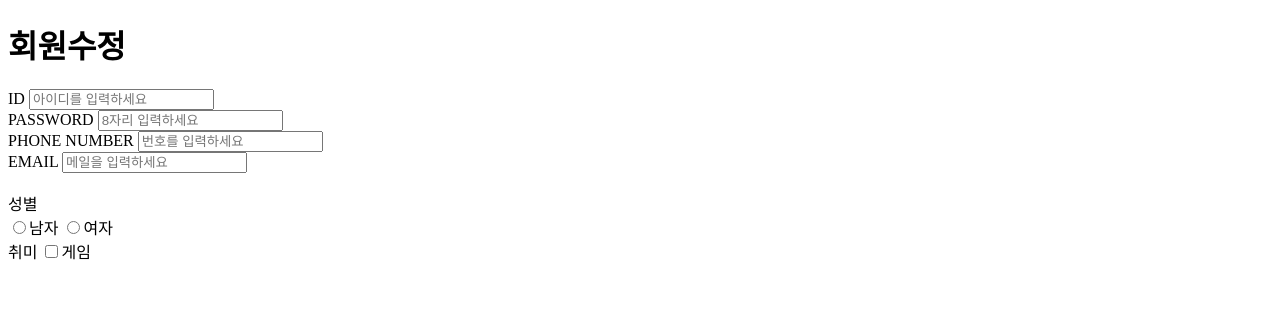
Repository: jaehyeon0418/workspace123
Page: w1026/src/main/webapp/w1026_02.html
An editor plug-in stored every save of this project. The page is shown before and after the next save, followed by the edit.
The browser window is 1280 px wide. The pictures show the whole page.

Above is the page before, as saved 2022-10-26 01:38:39.

### w1026/src/main/webapp/w1026_02.html
<!DOCTYPE html>
<html>
<head>
<meta charset="UTF-8">
<title>Insert title here</title>
</head>
<body>

<h1> 회원수정 </h1>

ID	<input type="id"  name="id" placeholder="아이디를 입력하세요" maxlength="10">
<br>
PASSWORD <input type="password"  name="pwd" placeholder="8자리 입력하세요" maxlength="5">
<br>
PHONE NUMBER <input type="tel"  name="number" placeholder="번호를 입력하세요" maxlength="11">
<br>
EMAIL <input type = "email" name="email" placeholder="메일을 입력하세요">
<br>
<br>
성별
<br>
<input type="radio" name="gender" value="man">남자
<input type="radio" name="gender" value="woman">여자
<br>
취미
<input type = "checkbox" name = "game">게임
</body>
</html>

After the next save:
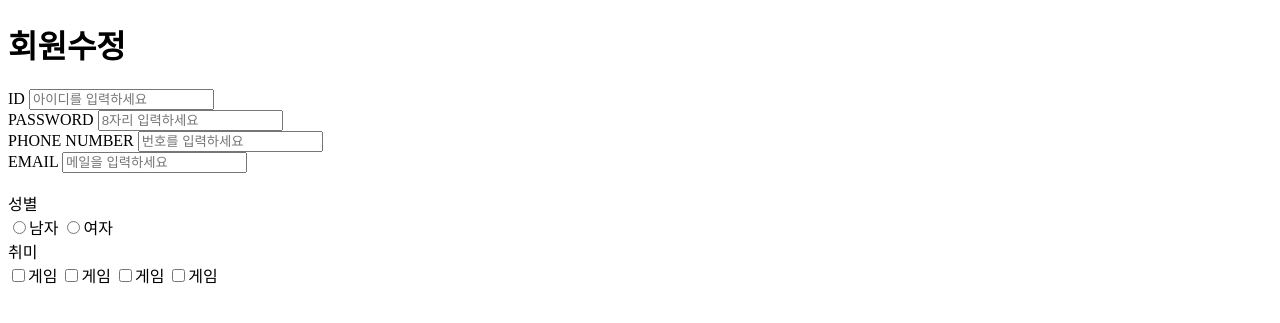
Saved 95 s later.
--- a/w1026/src/main/webapp/w1026_02.html
+++ b/w1026/src/main/webapp/w1026_02.html
@@ -23,6 +23,11 @@
 <input type="radio" name="gender" value="woman">여자
 <br>
 취미
-<input type = "checkbox" name = "game">게임
+<br>
+<input type = "checkbox" name = "game" value = "game">게임
+<input type = "checkbox" name = "golf" value = "golf">게임
+<input type = "checkbox" name = "shop" value = "shop">게임
+<input type = "checkbox" name = "fish" value = "fish">게임
+<br>
 </body>
 </html>
